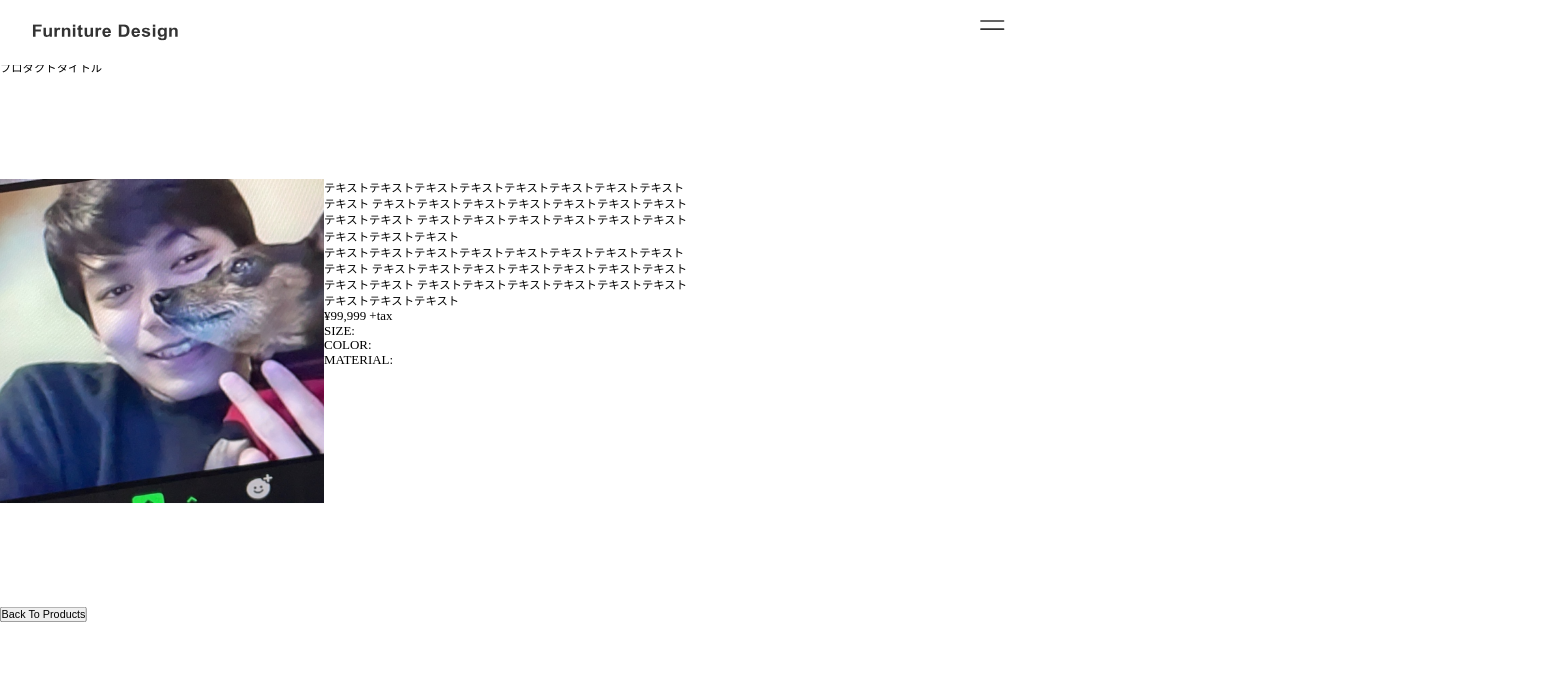
Repository: kohei23n/tenfeet
Page: menbers2/index.html
The author's editor kept a copy of each file at every save. The page is drawn from the files as they stood at one save, then again after the next save.
The browser window is 1280 px wide. The page is 1920 px wide, so the pictures cover 1920 px, including what lies to the right of the window. The pictures show the whole page, at 81% of full size.

Above is the page before, as saved 2022-02-08 21:54:52.

After the next save:
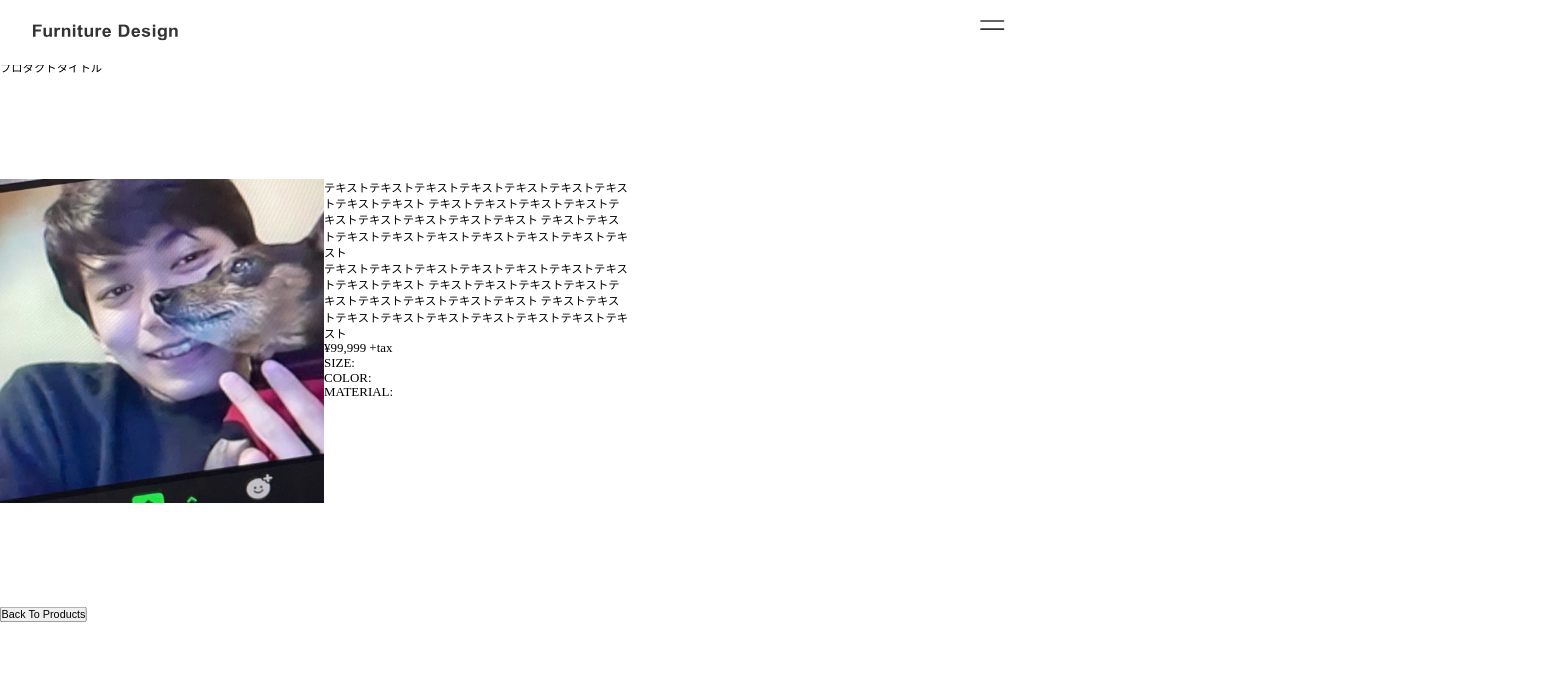
Saved 10 s later.
--- a/menbers2/menbers2.css
+++ b/menbers2/menbers2.css
@@ -122,5 +122,5 @@ img {
 
 .message{
     font-size: 14px;
-    width: 30%;
+    width: 25%;
 }
